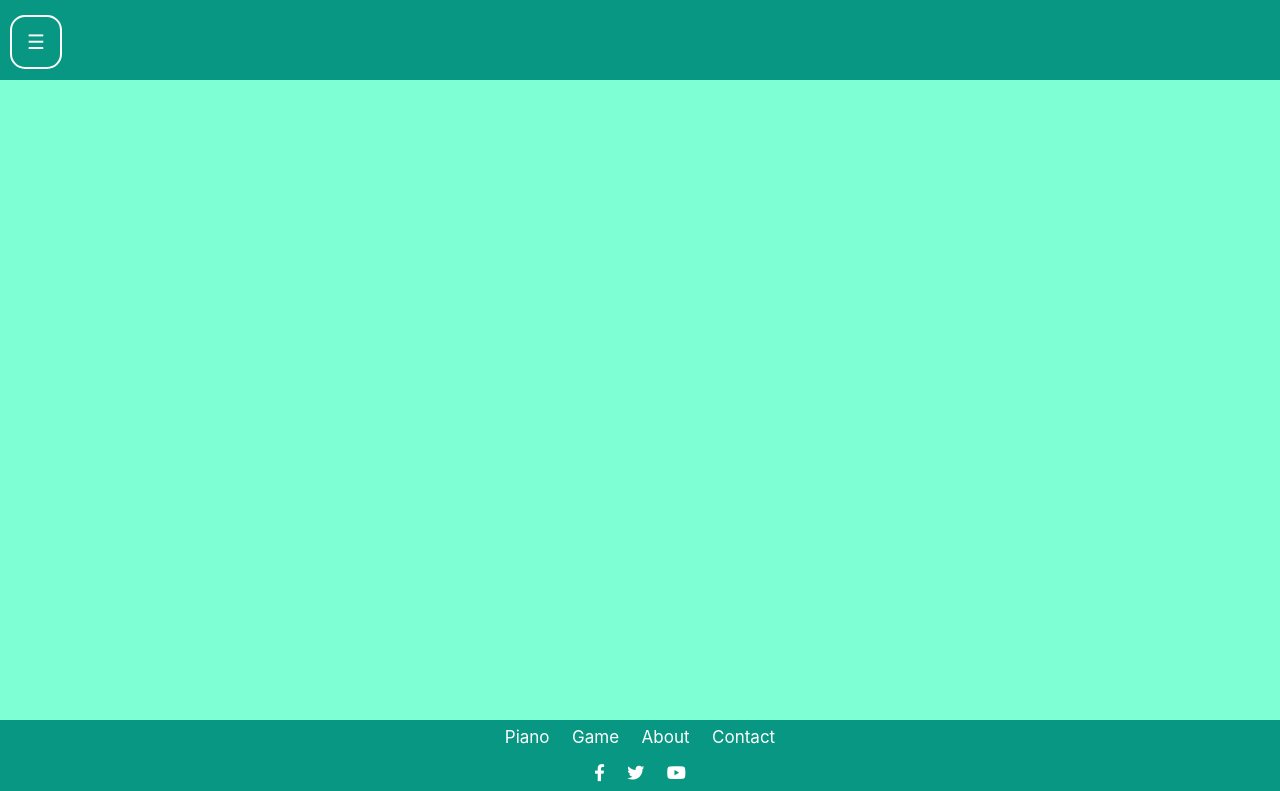
Repository: digitalis75/User-Interactive-Project-Piano-Simon-Game
Page: about.html
The author's editor kept a record of every edit. The page is drawn from the files as they stood at one moment, then again after the next edit.
The browser window is 1280 px wide. The pictures show the whole page.
Some web libraries are served in a nearby version.

Above is the page before.

After the next edit:
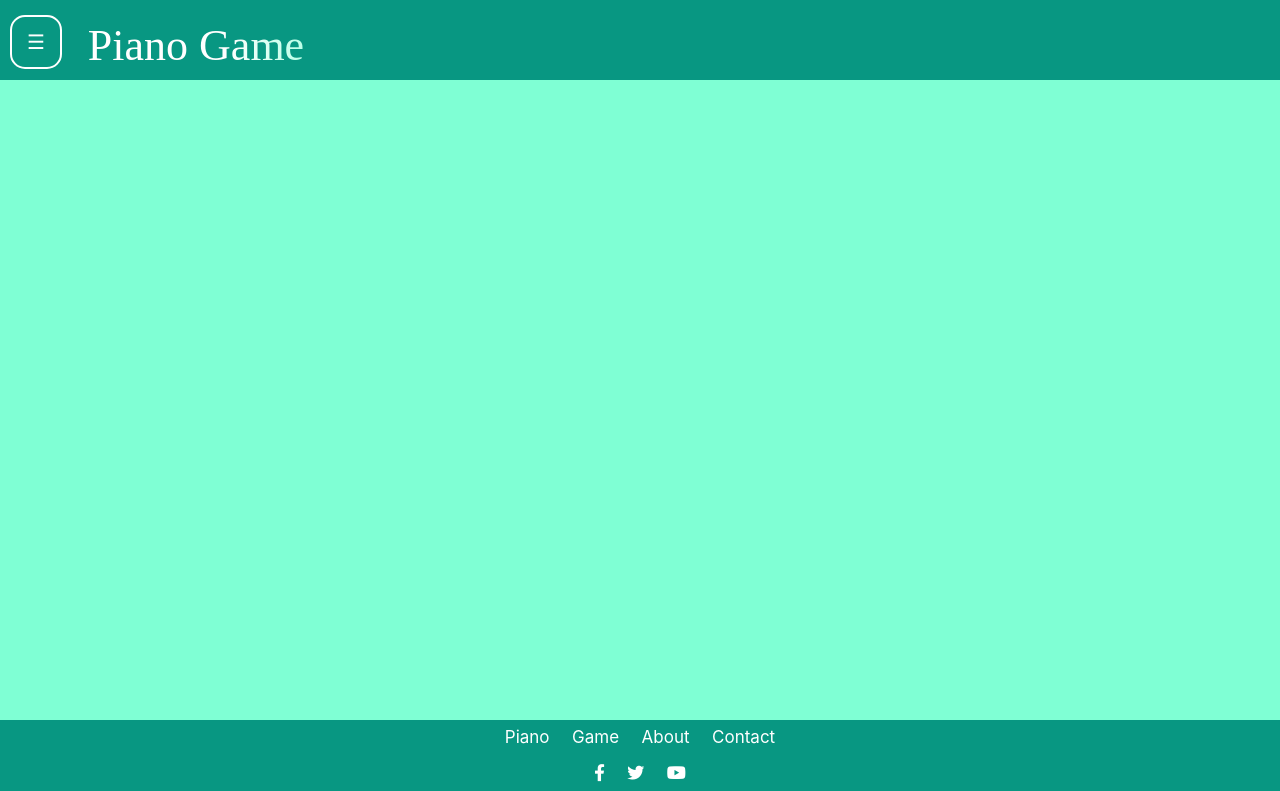
The edit:
--- a/about.html
+++ b/about.html
@@ -10,8 +10,8 @@
     <link rel="stylesheet" href="https://use.fontawesome.com/releases/v5.8.2/css/all.css" integrity="sha384-oS3vJWv+0UjzBfQzYUhtDYW+Pj2yciDJxpsK1OYPAYjqT085Qq/1cq5FLXAZQ7Ay" crossorigin="anonymous">
     <link rel="stylesheet" href="https://cdnjs.cloudflare.com/ajax/libs/hover.css/2.3.1/css/hover-min.css" type="text/css" />
 
-    <link rel="stylesheet" href="css/style.css">
-    <link rel="stylesheet" href="css/switch.css">
+    <link rel="stylesheet" href="assets/css/style.css">
+    <link rel="stylesheet" href="assets/css//buttons.css">
 
 
 </head>
@@ -76,9 +76,12 @@
         </div>
     </footer>
 
+
     <script src="https://ajax.googleapis.com/ajax/libs/jquery/3.4.1/jquery.min.js"></script>
     <script src="https://cdnjs.cloudflare.com/ajax/libs/popper.js/1.14.7/umd/popper.min.js" integrity="sha384-UO2eT0CpHqdSJQ6hJty5KVphtPhzWj9WO1clHTMGa3JDZwrnQq4sF86dIHNDz0W1" crossorigin="anonymous"></script>
     <script src="https://stackpath.bootstrapcdn.com/bootstrap/4.3.1/js/bootstrap.min.js" integrity="sha384-JjSmVgyd0p3pXB1rRibZUAYoIIy6OrQ6VrjIEaFf/nJGzIxFDsf4x0xIM+B07jRM" crossorigin="anonymous"></script>
 
+    <script src="assets/js/page.js"></script>
+
 </body>
 </html>
